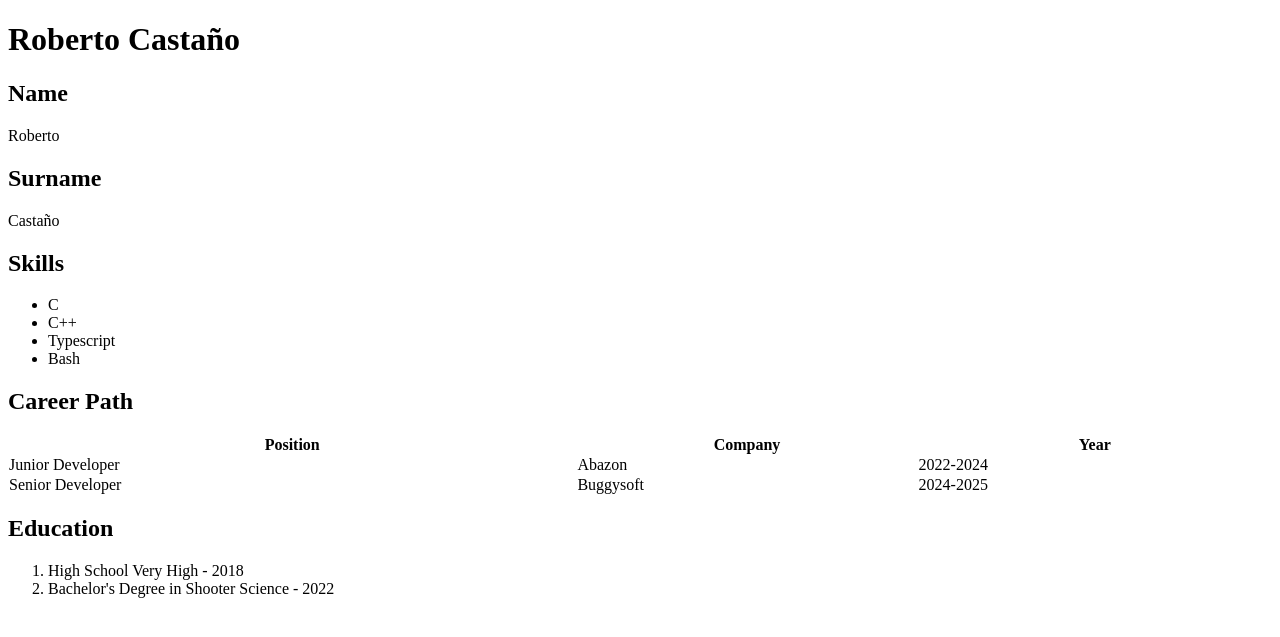
Repository: cronopi/django
Page: Training-Python-Django-0 1/ex01/cv.html
The author's editor kept a copy of each file at every save. The page is drawn from the files as they stood at one save, then again after the next save.
The browser window is 1280 px wide. The pictures show the whole page.

Above is the page before, as saved 2026-03-10 12:41:56.

### Training-Python-Django-0 1/ex01/cv.html
<!DOCTYPE html>
<html>

<head>
	<title>Resume - Roberto Castaño</title>
	<style>
		table {
			border-collapse: collapse;
			width: 100%;
		}
	</style>
</head>

<body>
	<h1>Roberto Castaño</h1>

	<h2>Name</h2>
	<p>Roberto</p>
	<h2>Surname</h2>
	<p>Castaño</p>

	<h2>Skills</h2>
	<ul>
		<li>C</li>
		<li>C++</li>
		<li>Typescript</li>
		<li>Bash</li>
	</ul>

	<h2>Career Path</h2>
	<table>
		<tr>
			<th>Position</th>
			<th>Company</th>
			<th>Year</th>
		</tr>
		<tr>
			<td>Junior Developer</td>
			<td>Abazon</td>
			<td>2022-2024</td>
		</tr>
		<tr>
			<td>Senior Developer</td>
			<td>Buggysoft</td>
			<td>2024-2025</td>
		</tr>
	</table>

	<h2>Education</h2>
	<ol>
		<li>High School Very High - 2018</li>
		<li>Bachelor's Degree in Shooter Science - 2022</li>
	</ol>

</body>

</html>

After the next save:
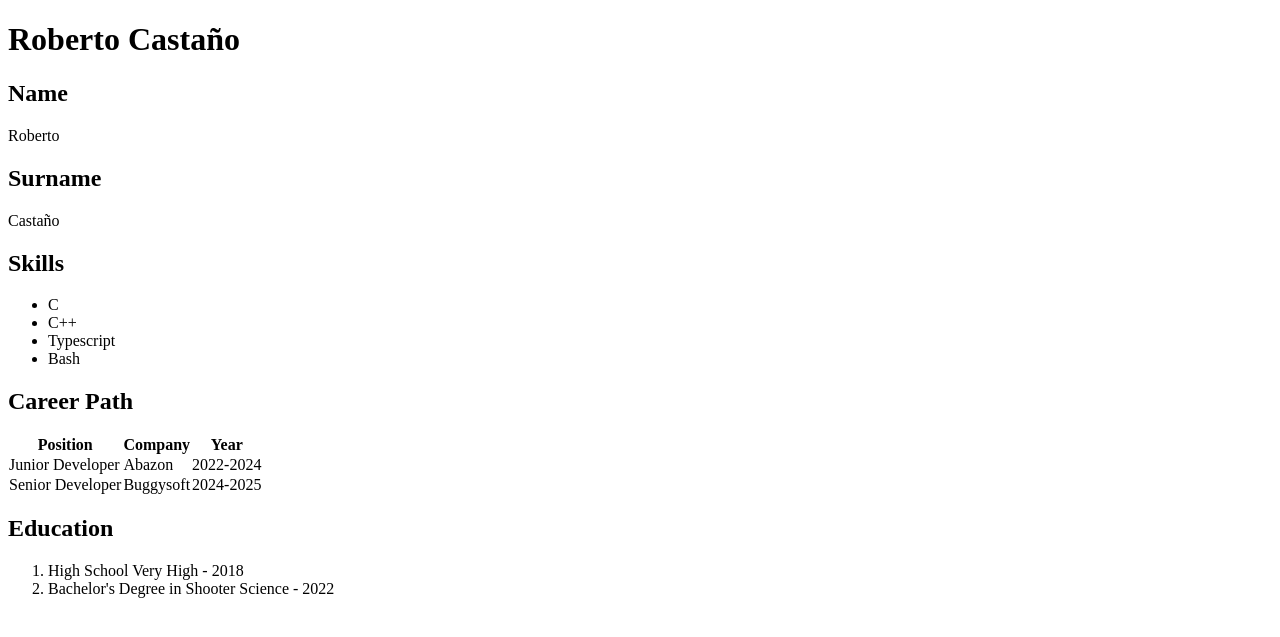
Saved 18 s later.
--- a/Training-Python-Django-0 1/ex01/cv.html
+++ b/Training-Python-Django-0 1/ex01/cv.html
@@ -6,7 +6,7 @@
 	<style>
 		table {
 			border-collapse: collapse;
-			width: 100%;
+			border 1px solid black;
 		}
 	</style>
 </head>
